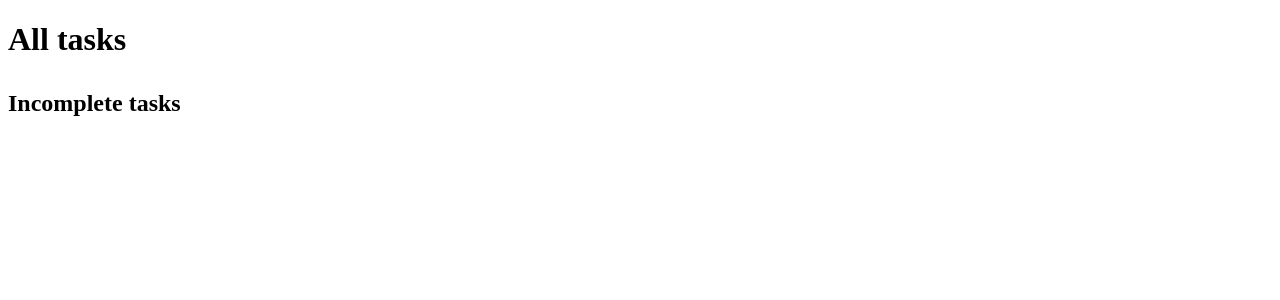
Repository: Samtrapskin/Time-to-learn-Vue.JS
Page: lara.html
An editor plug-in stored every save of this project. The page is shown before and after a run of saves, followed by the edit.
The browser window is 1280 px wide. The pictures show the whole page.
Some web libraries are served in a nearby version.

Above is the page before, as saved 2018-07-03 13:46:20.

### lara.html
<!DOCTYPE html>
<html lang="en">
<head>
    <meta charset="UTF-8">
    <meta name="viewport" content="width=device-width, initial-scale=1.0">
    <meta http-equiv="X-UA-Compatible" content="ie=edge">
    <title>Balls Vue</title>
</head>
<body>
    <div id="root">

            <h1>All tasks

        <ul>
            <li v-for="task in tasks" v-text="task.dscription"></li>
        </ul>
            </h1>
            <h2>Incomplete tasks</h2>
            <ul>
                    <li v-for="task in tasks" v-text="task.dscription"></li>
                </ul>
    </div>
        <script src="https://cdn.jsdelivr.net/npm/vue@2.5.16/dist/vue.js"></script>

        <script>


            new Vue ({
                el: "#root",
                data: {
                    tasks:{

                    }
                },
                methods:{
                    addName() {
                        this.names.push(this.newName)
                        this.newName= "";
                    },

                    toggle: function() {
                        this.buttonText="Disabled";
                        button.disabled=true;
                    }

                }
            })


        </script>


</body>
</html>

After the next 7 saves:
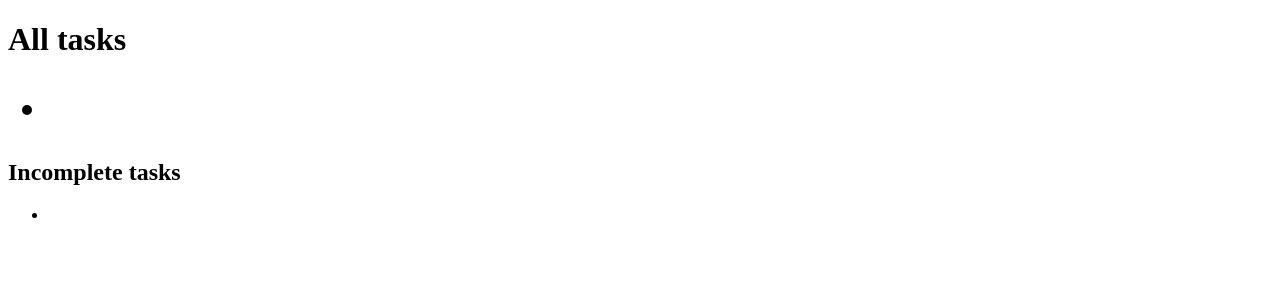
The 7 saves are shown as one change because they came seconds apart.
The last was saved 17 s later.
--- a/lara.html
+++ b/lara.html
@@ -28,9 +28,11 @@
             new Vue ({
                 el: "#root",
                 data: {
-                    tasks:{
+                    tasks: [
+                        {}
+                    ]
 
-                    }
+
                 },
                 methods:{
                     addName() {
